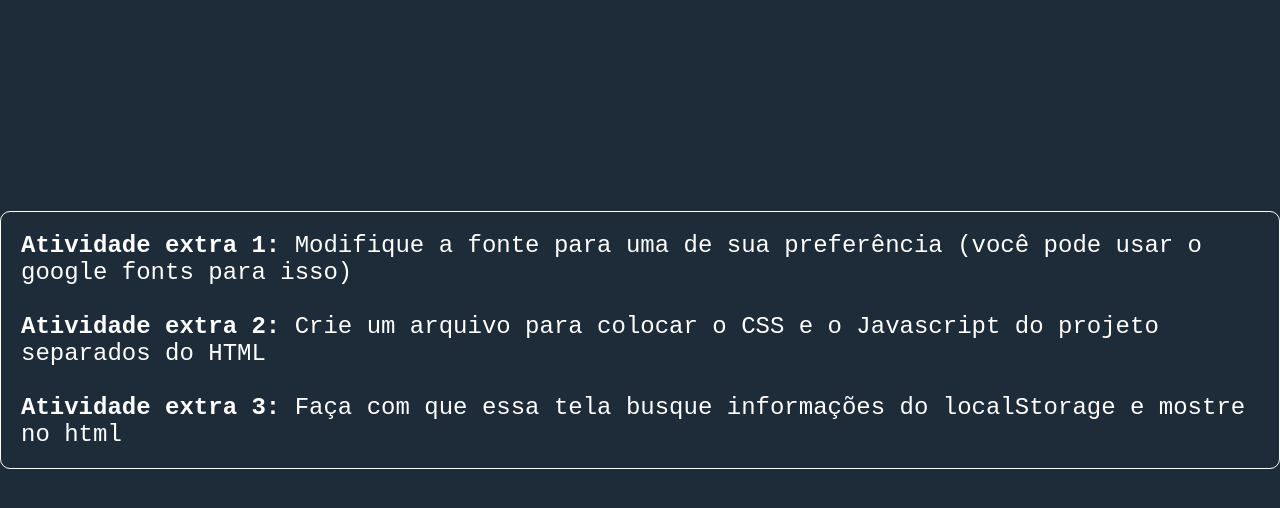
Repository: Gabrielb0rn/login-redes
Page: desafio-extra.html
An editor plug-in stored every save of this project. The page is shown before and after the next save, followed by the edit.
The browser window is 1280 px wide. The pictures show the whole page.

Above is the page before, as saved 2024-09-11 11:00:30.

### desafio-extra.html
<!DOCTYPE html>
<html lang="pt-br">
<head>
    <meta charset="UTF-8">
    <meta name="viewport" content="width=device-width, initial-scale=1.0">
    <title>Senai Login</title>
    <link rel="stylesheet" href="assets/extra.css">
</head>
<body class="center-page">
  <div class="containter-betwen">
    <div>
      <p><b>Atividade extra 1:</b> Modifique a fonte para uma de sua preferência (você pode usar o google fonts para isso) </p>
      <br>
      <p><b>Atividade extra 2:</b> Crie um arquivo para colocar o CSS e o Javascript do projeto separados do HTML </p>
      <br>
      <p><b>Atividade extra 3:</b> Faça com que essa tela busque informações do localStorage e mostre no html </p>
    </div>
  </div>
  <script src="assets/extra.js"></script>
</body>
</html>

### assets/extra.css
* {
    margin: 0;
    font-size: 24px;
}

body{
    font-family: 'Courier New', Courier, monospace;
    font-family: ;
}

.center-page {
    display: flex;
    justify-content: center;
    align-items: center;
    height: 100vh;
    background-color: #1e2b38;
    color: #fff;
}

input {
    background-color: #17212B;
    border: 1px solid #1e2b38;
    color: #fff;
    padding: 7px;
    border-radius: 5px;
}

button {
    background-color: #fff;
    padding: 7px;
    border-radius: 50px;
    color: #000;
    border: 1px solid #444;
    width: 100px;
    cursor: pointer;
}

.btn-transparent {
  background-color: #ffffff00;
  color: #FFF;
  border: none;
  font-weight: 600;
}
.center {
  display: flex;
  justify-content: center;
  align-items: center;
}
.containter-betwen {
  display: flex;
  align-items: flex-end;
  margin-bottom: 40px;
  justify-content: space-between;
  padding: 20px;
  border-radius: 10px;
  border: 1px solid #fff;
}

Loaded but not shown: assets/extra.js (no stored copy; drawn as an empty file)

After the next save:
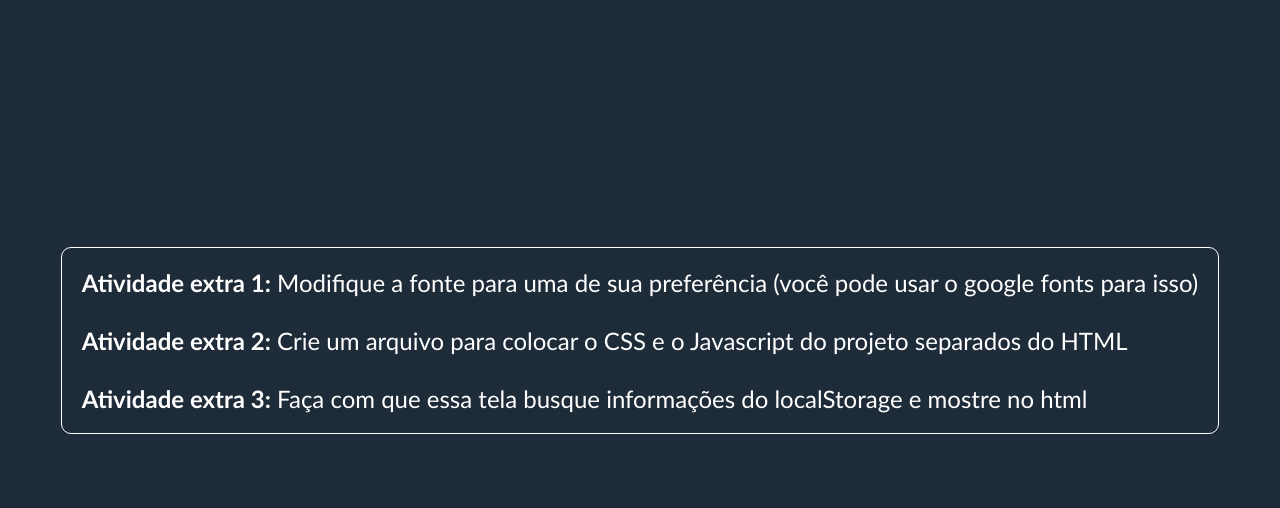
Saved 6 s later.
--- a/assets/extra.css
+++ b/assets/extra.css
@@ -5,7 +5,7 @@
 
 body{
     font-family: 'Courier New', Courier, monospace;
-    font-family: ;
+    font-family: 'Gill Sans', 'Gill Sans MT', Calibri, 'Trebuchet MS', sans-serif;
 }
 
 .center-page {

After the 6 saves that followed:
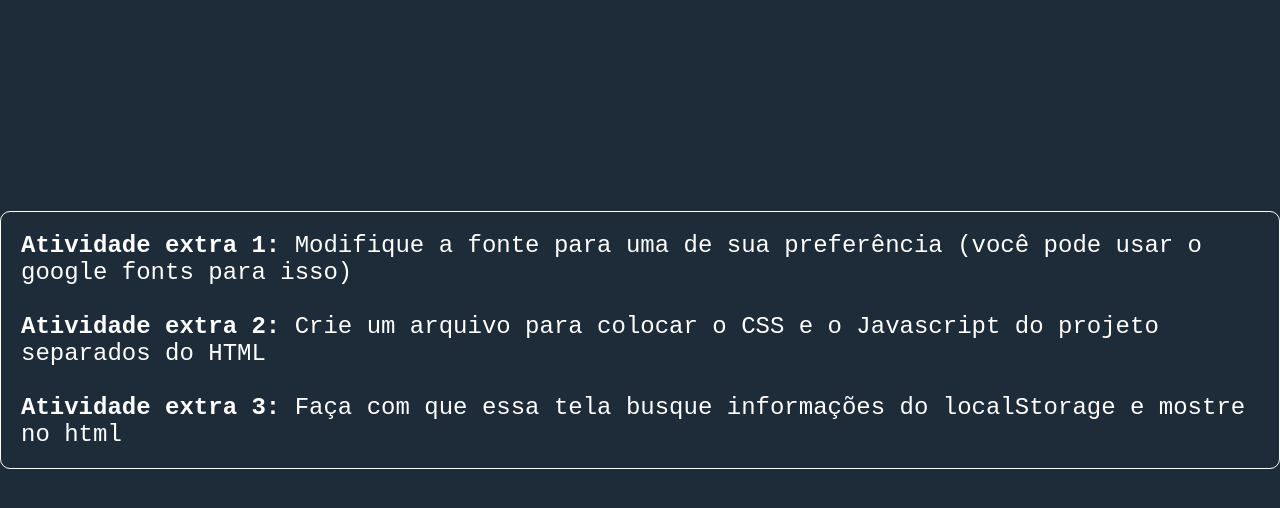
The 6 saves are shown as one change because they came seconds apart.
The last was saved 16 s later.
--- a/assets/extra.css
+++ b/assets/extra.css
@@ -5,7 +5,6 @@
 
 body{
     font-family: 'Courier New', Courier, monospace;
-    font-family: 'Gill Sans', 'Gill Sans MT', Calibri, 'Trebuchet MS', sans-serif;
 }
 
 .center-page {
